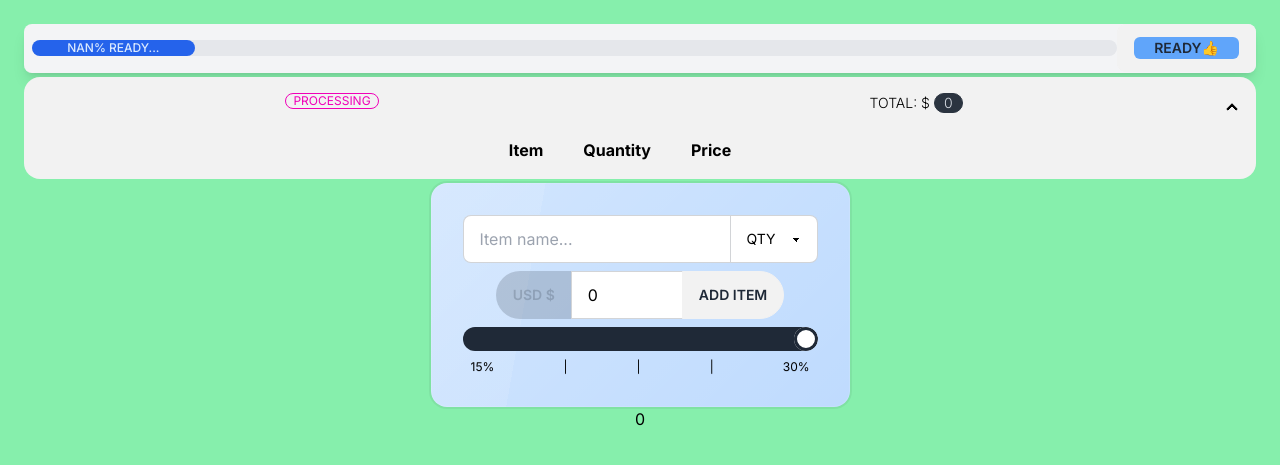
Repository: bitepay/bitepay-xyz
Page: /table
These files come from the project's save history. The page is drawn as it stood at one moment and after the next save; the edit follows.
The browser window is 1280 px wide. The pictures show the whole page.
The page's requests for data from a server got no answer. The project was rebuilt for these pictures with package versions that can differ from the ones it lists, and the page was loaded fresh each time. The framework's server and built-in components were replaced by stand-ins that run in the browser. No one was signed in, and anything a server would have sent is missing. Also part of the build but not shown: next.config.js.

Above is the page before, as saved 2023-06-27 23:43:15.

### src/pages/_app.js
import '@/styles/globals.css';
import { UserSocketProvider } from '@/context/UserSocketContext';

export default function App({ Component, pageProps }) {
  return (
    <UserSocketProvider>
      <Component {...pageProps} />
    </UserSocketProvider>
  )
}

### src/pages/table.js

// import Image from 'next/image'
import Head from "next/head"
// import Link from "next/link"
import { Inter } from 'next/font/google'

import { useUserSocketContext } from '@/context/UserSocketContext'

import { AddItemInput } from '@/components/AddItemInput'
import { ProgressBar } from '@/components/ProgressBar'
import { UserBill } from '@/components/UserBill'
import { MembersBill } from '@/components/MembersBill'

const inter = Inter({ subsets: ['latin'] })

export default function Table() {

  const { socket, user, tableMembers, setUser } = useUserSocketContext();

  if (user.tableID !== 0) {
    socket.emit('joinTable', user)
  }

  const handleUserDelete = (user, payload) => {
    socket.emit('userDeleteItem', {user, payload})
  };

  const handleUserUpdate = (user, payload) => {
    socket.emit('userUpdate', {user, payload})
  };

  const userUpdateStatus = (user) => {
    if (user.status === 'PROCESSING') {
      socket.emit('userUpdateStatus', { ...user, status: 'READY' })
    } else {
      socket.emit('userUpdateStatus', { ...user, status: 'PROCESSING' })
    }
  }

  return (
    <>
      <Head>
        <title>BitePay - Table</title>
        <meta name="description" content="The fastest and easiest way to divvy up the dining bill between your friends."></meta>
      </Head>

      <main className={`flex min-h-screen flex-col items-center p-6 ${inter.className} bg-green-300`} >

        <ProgressBar user={user} tableMembers={tableMembers} userUpdateStatus={userUpdateStatus} />
        <UserBill user={user} handleUserDelete={handleUserDelete} />
        <AddItemInput user={user} handleUserUpdate={handleUserUpdate} setUser={setUser} />
        <MembersBill tableMembers={tableMembers} userId={user.id}/>

      </main>
    </>
  )
}

### src/context/UserSocketContext.js
'use client';
import React, { createContext, useEffect, useState, useContext } from 'react'
import { io } from 'socket.io-client'


// Create a new context
const UserSocketContext = createContext({});

// Custom context provider component
export const UserSocketProvider = ({ children }) => {

  const [socket, setSocket] = useState(null);

  const [user, setUser] = useState({
    id: '',
    username: '',
    tableID: 0,
    myItems: [],
    tip: 15,
    total: 0,
    status: 'PROCESSING',
  });

  const [tableMembers, setTableMembers] = useState([]);

  // Establish the Socket.IO connection when the component mounts
  useEffect(() => {

    const socket = io('https://bitepay.xyz');
    setSocket(socket);

    socket.on('connect', () => {
      console.log('Successfully connected to the ws server!')
    })

    // set user id to the websocket id
    socket.on('setId', (data) => setUser((prevUser) => {
      prevUser.id = data
      return prevUser;
    }));

    // listen to events from ws server regarding members of the table
    socket.on('tableMembers', (data) => setTableMembers((prevTableMembers) => { return [...data.slice()] }));

    // listen to events from ws server regarding updates to tableMembers
    socket.on('tableMemberUpdate', (data) => {

      if (data.id === user.id) {
        setUser((prevUser) => {
          prevUser.myItems = data.myItems;
          prevUser.tip = data.tip;
          prevUser.total = data.total;
          prevUser.status = data.status;
          return prevUser;
        })
      }

      setTableMembers((prevTableMembers) => {
        return prevTableMembers.map((member) => {
          if (member.id === data.id) {
            member.myItems = data.myItems
            member.tip = data.tip
            member.total = data.total
            member.status = data.status
            return member
          } else {
            return member
          }
        })
      })
    });

    // listen to events from ws server regarding members leaving the table
    socket.on('userLeft', (data) => {
      setTableMembers((prevTableMembers) => {
        return prevTableMembers.filter((member) => {
          return member.id !== data.id
        })
      })
    });

    socket.on('disconnect', () => {
      console.log('Disconnected from the ws server!');
    });

    // Clean up the socket connection when the component unmounts
    return () => {
      socket.off('connect');
      socket.off('setId');
      socket.off('tableMembers');
      socket.off('tableMemberUpdate');
      socket.off('userLeft');
      socket.disconnect();
    };
  }, [user.id]);

  // Provide the socket object to the child components
  return (
    <UserSocketContext.Provider value={{socket, user, setUser, tableMembers, setTableMembers}}>
      {children}
    </UserSocketContext.Provider>
  );
};

// Export the SocketContext
export default UserSocketContext;

// Export a custom hook that can be used to consume this context
export const useUserSocketContext = () => useContext(UserSocketContext);

### src/components/AddItemInput.jsx
import { useState, useEffect } from 'react';

export const AddItemInput = ({ handleUserUpdate, user, setUser }) => {
	const [itemName, setItemName] = useState('');
	const [itemPrice, setItemPrice] = useState(0);
	const [itemQuantity, setItemQuantity] = useState(0);
	const [userTip, setUserTip] = useState(user.tip);

	useEffect(() => {
		setUserTip(user.tip)
	}, [])

	const handleClick = (e) => {
			e.preventDefault();
			if (itemQuantity === 0) {
					alert("Don't forget to add quantity!");
			}
			else if (itemPrice <= 0) {
					alert("Please don't forget to add your item's price!");
			}
			else if (itemName != "" && itemPrice > 0 && itemQuantity > 0) {
					const itemID = Math.ceil(Math.random()*1000000000);
					const payload = {itemID, itemName, itemPrice, itemQuantity};
					handleUserUpdate(user, payload);
					setItemName('');
					setItemPrice(0);
			} else {
					alert("Please fill out all fields");
			}
	}

	const handleTipChange = (e) => {
		e.preventDefault();
		setUser({...user, tip: parseInt(e.target.value)})
	}

	return (
		<>
			<div className="card glass bg-blue-200">
				<div className="card-body">
					<div className="join mx-auto">

						<input className="input input-bordered join-item max-w-34" placeholder="Item name..." value={itemName} onChange={(e) => {setItemName(e.target.value)}}/>

						<select className="select select-bordered join-item" value={itemQuantity} onChange={(e) => setItemQuantity(e.target.value)}>
							<option disabled value={0}>QTY</option>
							<option value={1/4}>
									1/4
							</option>
							<option value={1/3}>
									1/3
							</option>
							<option value={1/2}>
									1/2
							</option>
							<option value={1}>
									1
							</option>
							<option value={2}>
									2
							</option>
							<option value={3}>
									3
							</option>
							<option value={4}>
									4
							</option>
						</select>

					</div>
					<div className="mx-auto">
						<div className="join">
							<button className="btn join-item rounded-l-full" disabled="true">USD $</button>
							<input className="input input-bordered join-item w-28" placeholder="Price" type="number" value={itemPrice} onChange={(e) => {setItemPrice(e.target.value)}}/>
							<button className="btn join-item rounded-r-full" disabled={user.status === 'READY'} onClick={(e) => handleClick(e)}>ADD ITEM</button>
						</div>
					</div>
						<input type="range" min={15} max={30} value={30} className="range" step={1} onChange={(e) => handleTipChange(e)} />
						<div className="w-full flex justify-between text-xs px-2">
							<span>15%</span>
							<span>|</span>
							<span>|</span>
							<span>|</span>
							<span>30%</span>
						</div>
				</div>
			</div>
		</>
	)
};

### src/components/ProgressBar.jsx
import { useState, useEffect } from 'react';

export const ProgressBar = ({ tableMembers, user, userUpdateStatus }) => {

  const [progress, setProgress] = useState(0);

  useEffect(() => {
    const completed = tableMembers.filter((member) => member.status === 'READY');
    const progress = Math.round(100 * ((completed.length / tableMembers.length) * 100)) / 100;
    setProgress(progress);

    console.log(`Re-render triggered from tableMember update in ProgressBar. Progress is now ${progress}%`)
  }, [tableMembers])

  const progressBar = (progress) => {
    if (progress === 100) {
      return (
          <div className="w-full bg-gray-200 rounded-full dark:bg-gray-700">
            <div className="bg-green-600 text-xs font-medium text-green-100 text-center p-0.5 leading-none rounded-full" style={{width: `${progress}%`}}> {progress}% COMPLETE! </div>
          </div>
      )
    } else {
      return (
        <div className="w-full bg-gray-200 rounded-full dark:bg-gray-700">
            <div className="bg-blue-600 text-xs font-medium text-blue-100 text-center p-0.5 leading-none rounded-full" style={{width: `${progress < 15 ? 15 : progress}%`}}> {progress}% READY... </div>
          </div>
      )
    }
  }

  const handleChange = () => {
    userUpdateStatus(user)
  }

  const toggleStatusButton = (status) => {
    return (
      <label className="btn swap swap-rotate">

        {/* this hidden checkbox controls the state */}
        <input type="checkbox" onChange={() => handleChange()} checked={user.status === 'READY'}/>

        {/* ready icon */}

        <div class="swap-on bg-red-400 p-1 rounded-md">Make changes</div>
        <div class="swap-off bg-blue-400 p-1 rounded-md">Ready👍</div>

        {/* not ready icon */}


      </label>
    )

  }



  return (

      <div className="w-full flex items-center justify-between mb-.5 mx-auto pl-2 overflow-hidden rounded-lg shadow-lg bg-gray-100 uppercase border-b border-gray-100">
          {progressBar(progress)}
        <div id="final-bill-button">
          {toggleStatusButton(user.status)}
        </div>
      </div>

  )
}

### src/components/UserBill.jsx
export const UserBill = ({ user, handleUserDelete }) => {

  const UserItem = (item) => {
    const { itemID, itemName, itemPrice, itemQuantity } = item

    return (
      <tr key={`user-item-${itemID}`}>
				<td className="px-5">{itemName}</td>
				<td className="px-5">{itemQuantity}</td>
				<td className="px-5">{itemPrice}</td>
				{/* This is where we need to add the delete button for User delete feature */}
				<td className="px-5"><button className="btn btn-outline btn-error" onClick={() => handleUserDelete(user, item)} disabled={user.status === 'READY'}>DELETE</button></td>
			</tr>
    )
  }

  return (
    <div className="collapse collapse-arrow bg-base-200 m-1">
      <input type="radio" name="my-accordion-2" defaultChecked="true"/>
      <div className="collapse-title">
        {/* This is where we need to render name, status, and total */}
        <div className="flex justify-around">
          <div className="flex flex-col">
            <div className="text-lg font-medium">
              {user.username}
            </div>
            <div className={`badge badge-sm text-xs ${user.status === 'READY' ? 'badge-accent' : 'badge-secondary badge-outline'}`}>
              {user.status === 'READY' ? 'READY' : 'PROCESSING'}
            </div>
          </div>
          <div className="text-sm font-light my-auto">
            TOTAL{': $ '}
            <div className={`badge ${user.status === 'READY' ? 'badge-primary' : 'badge-neutral'}`}>
              {user.total}
            </div>
          </div>

        </div>
      </div>
      <div className="collapse-content">
        {/* This is where I need to map through user items */}
        <table className="table-auto mx-auto">
          <thead>
            <tr>
              <th className="px-5">Item</th>
              <th className="px-5">Quantity</th>
              <th className="px-5">Price</th>
              <th className="px-5"></th>
            </tr>
          </thead>
          <tbody>
            {user.myItems.map((item) => UserItem(item))}
          </tbody>
        </table>
      </div>
    </div>
  )
}

### src/components/MembersBill.jsx
export const MembersBill = ({ tableMembers, userId }) => {

  const MemberItem = (item) => {
    const { itemID, itemName, itemPrice, itemQuantity } = item

    return (
      <tr key={`member-item-${itemID}`}>
        <td className="px-5">{itemName}</td>
        <td className="px-5">{itemQuantity}</td>
        <td className="px-5">{itemPrice}</td>
        <td className="px-5">{' '}</td>
      </tr>
    )
  }

  return (
    <>
      {tableMembers.length && tableMembers.map((member) => {
        if (member.id !== userId) {
          return (
            <div key={`${member.id}-list-items`} className="collapse collapse-arrow bg-base-200 m-1">
              <input type="radio" name="my-accordion-2"/>
              <div className="collapse-title text-xl font-medium">
                {/* This is where we need to render name, status, and total */}
                {member.username}
              </div>
              <div className="collapse-content">
              <table className="table-auto mx-auto">
                <thead>
                  <tr>
                    <th className="px-5">Item</th>
                    <th className="px-5">Quantity</th>
                    <th className="px-5">Price</th>
                    <th className="px-5"></th>
                  </tr>
                </thead>
                <tbody>
                  {member.myItems?.length ? member.myItems.map((item) => MemberItem(item)) : <tr key="user-no-items"><td>No items yet</td></tr>}
                </tbody>
                </table>
              </div>
            </div>
          )
        }
      })}
    </>
  )
};

### tailwind.config.js
/** @type {import('tailwindcss').Config} */
module.exports = {
  content: [
    './src/pages/**/*.{js,ts,jsx,tsx,mdx}',
    './src/components/**/*.{js,ts,jsx,tsx,mdx}',
    './src/app/**/*.{js,ts,jsx,tsx,mdx}',
  ],
  theme: {
    extend: {
      backgroundImage: {
        'gradient-radial': 'radial-gradient(var(--tw-gradient-stops))',
        'gradient-conic':
          'conic-gradient(from 180deg at 50% 50%, var(--tw-gradient-stops))',
      },
    },
  },
  daisyui: {
    themes: [
      "light",
      "dark"
    ],
  },
  plugins: [require("daisyui")],
}

Loaded but not shown: src/pages/_document.js (common file); src/styles/globals.css (common file)

After the next save:
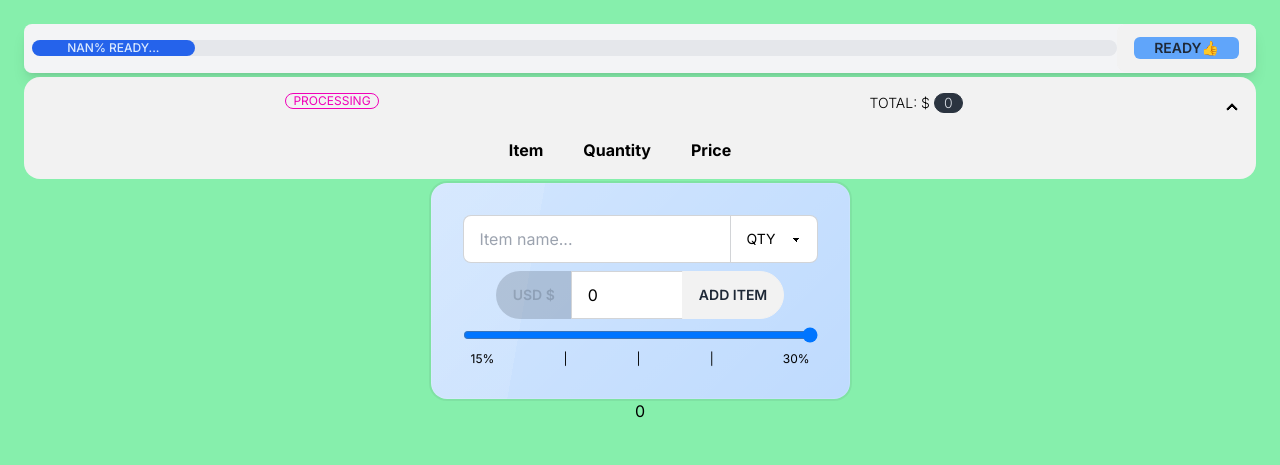
Saved 51 s later.
--- a/src/components/AddItemInput.jsx
+++ b/src/components/AddItemInput.jsx
@@ -75,7 +75,7 @@ export const AddItemInput = ({ handleUserUpdate, user, setUser }) => {
 							<button className="btn join-item rounded-r-full" disabled={user.status === 'READY'} onClick={(e) => handleClick(e)}>ADD ITEM</button>
 						</div>
 					</div>
-						<input type="range" min={15} max={30} value={30} className="range" step={1} onChange={(e) => handleTipChange(e)} />
+						<input type="range" min={15} max={30} value={30} step={1} onChange={(e) => handleTipChange(e)} />
 						<div className="w-full flex justify-between text-xs px-2">
 							<span>15%</span>
 							<span>|</span>
